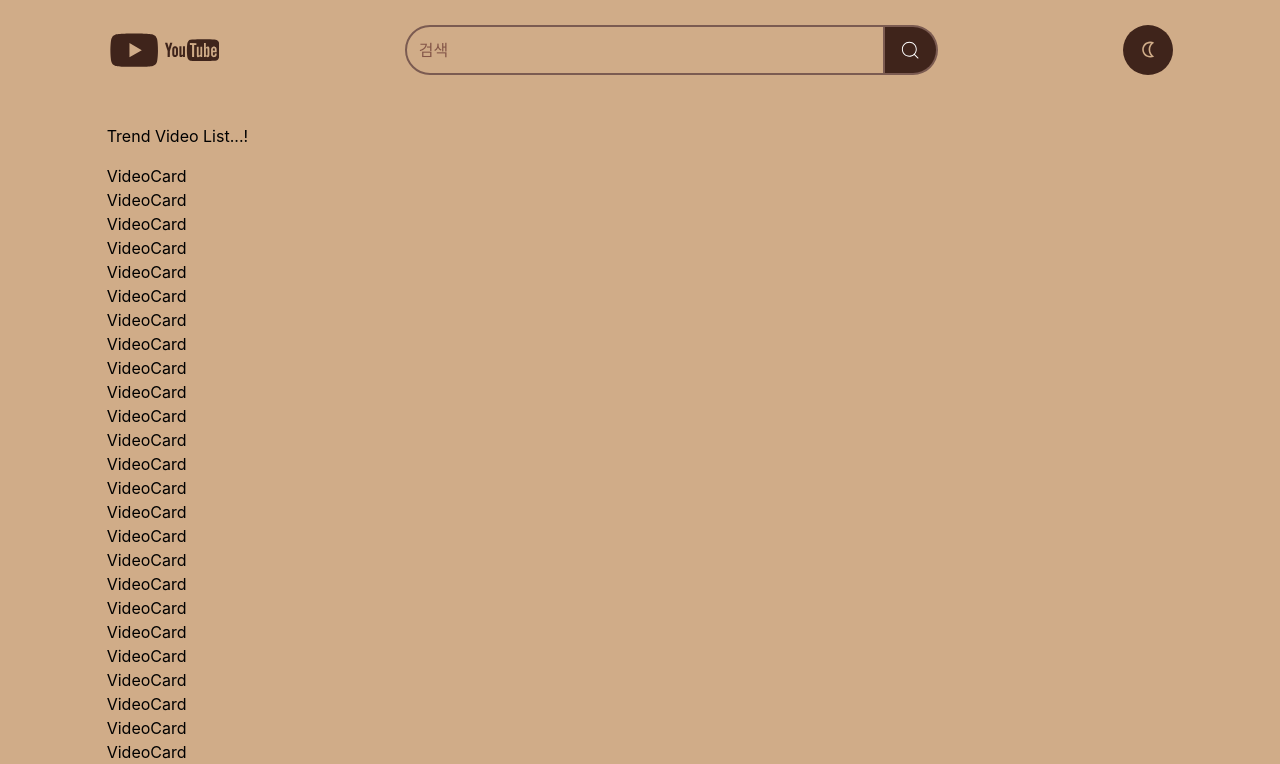
Repository: dnjfht/self-youtube2
Page: /videos
The author's editor kept a copy of each file at every save. The page is drawn from the files as they stood at one save, then again after a run of saves.
The browser window is 1280 px wide. The pictures show the whole page.
The project was rebuilt for these pictures with package versions that can differ from the ones it lists, and the page was loaded fresh each time. Also part of the build but not shown: src/pages/NotFoundPage.jsx, src/pages/Detail.jsx.

Above is the page before, as saved 2023-06-28 15:12:51.

After the next 2 saves:
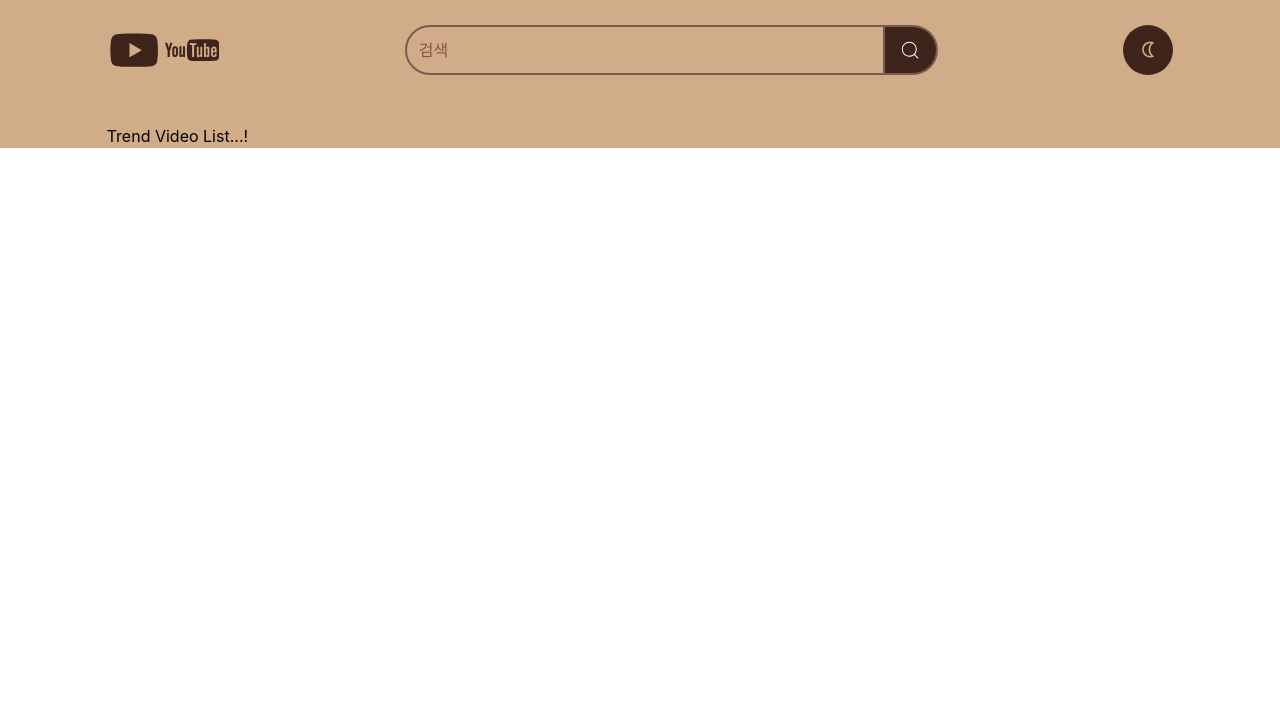
The 2 saves are shown as one change because 1 did not build or start.
The last was saved 2 min 7 s later.
--- a/src/components/VideoCard.jsx
+++ b/src/components/VideoCard.jsx
@@ -1,5 +1,7 @@
 import React from "react";
 
 export default function VideoCard({ video }) {
-  return <div key={video.id}>VideoCard</div>;
+  const { url } = video.snippet.thumbnails.medium;
+
+  return <div key={video.id}></div>;
 }
